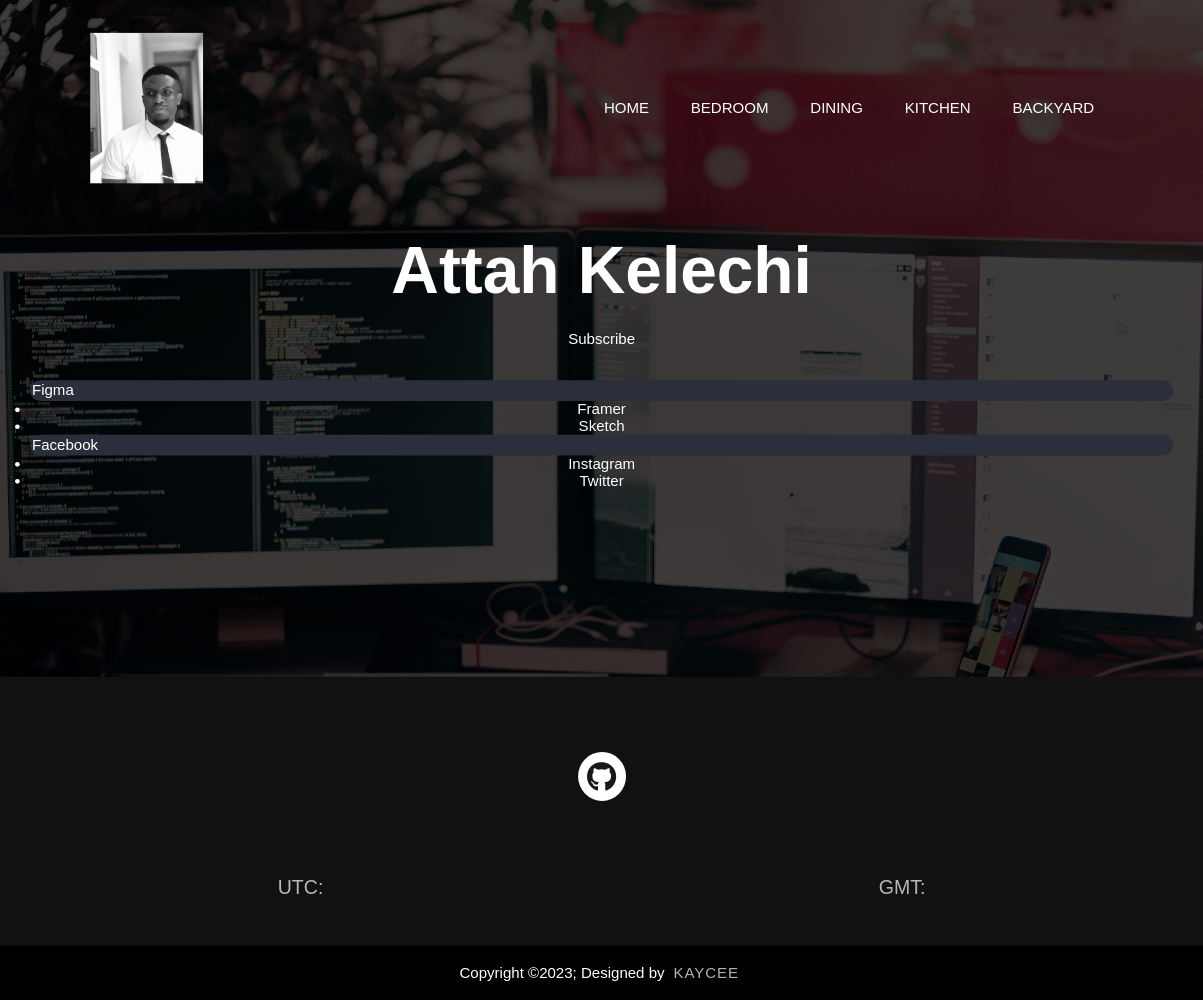
Repository: Kaycee-attah/HNG-Internship_2023
Page: index.html
An editor plug-in stored every save of this project. The page is shown before and after the next save, followed by the edit.
The browser window is 1280 px wide. The pictures show the whole page, at 94% of full size.

Above is the page before, as saved 2023-09-07 03:51:41.

After the next save:
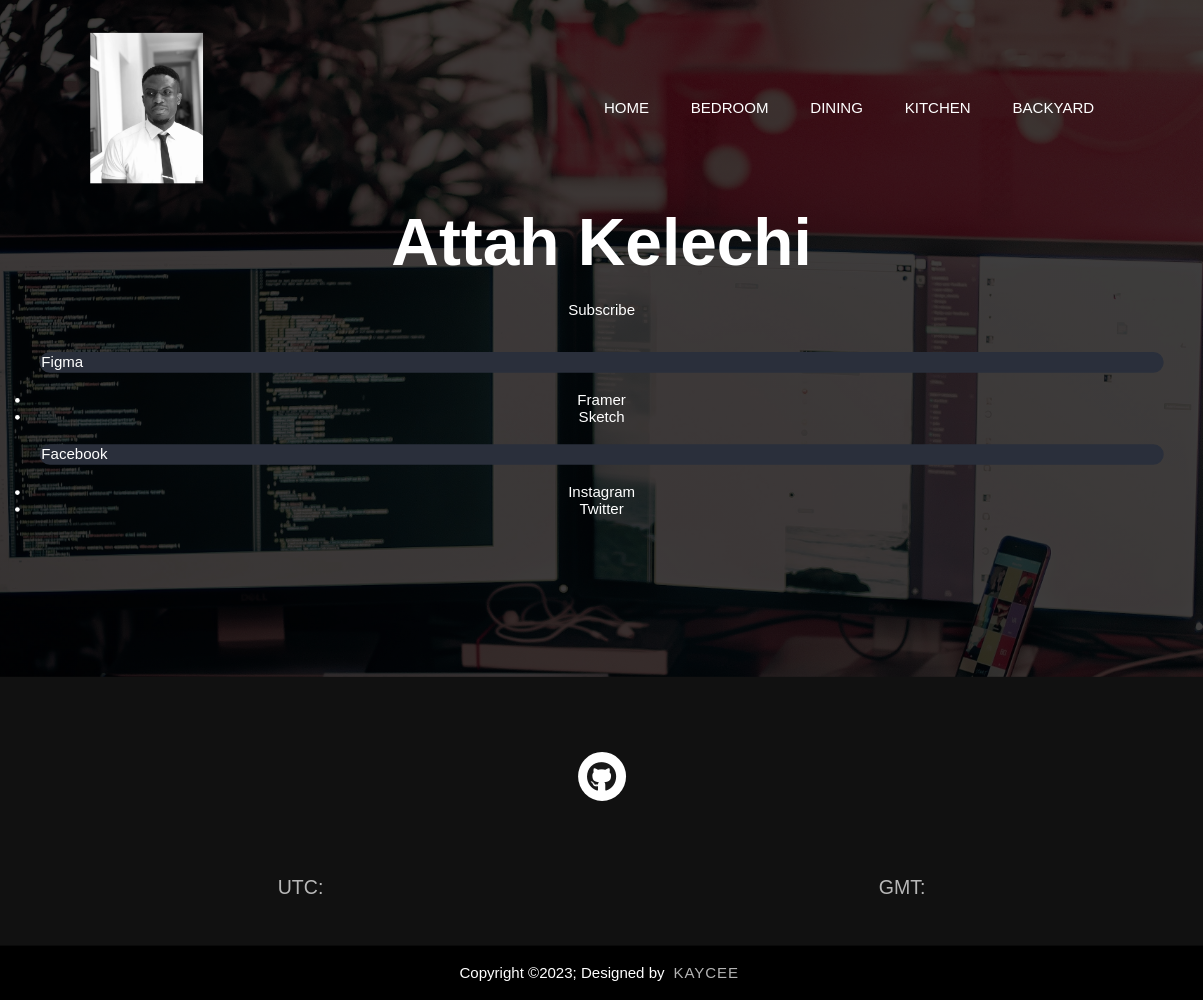
Saved 103 s later.
--- a/style.css
+++ b/style.css
@@ -84,8 +84,10 @@
     display: flex;
     justify-content: space-between;
     align-items: center;
+    margin: 20px 10px;
+    border-radius: 25px;
     border: 2px #2a2f3b solid;
-    border-radius: 1em;
+    /* border-radius: 1em; */
     cursor: pointer;
     transition: background 0.3s;
 }

After the save that followed:
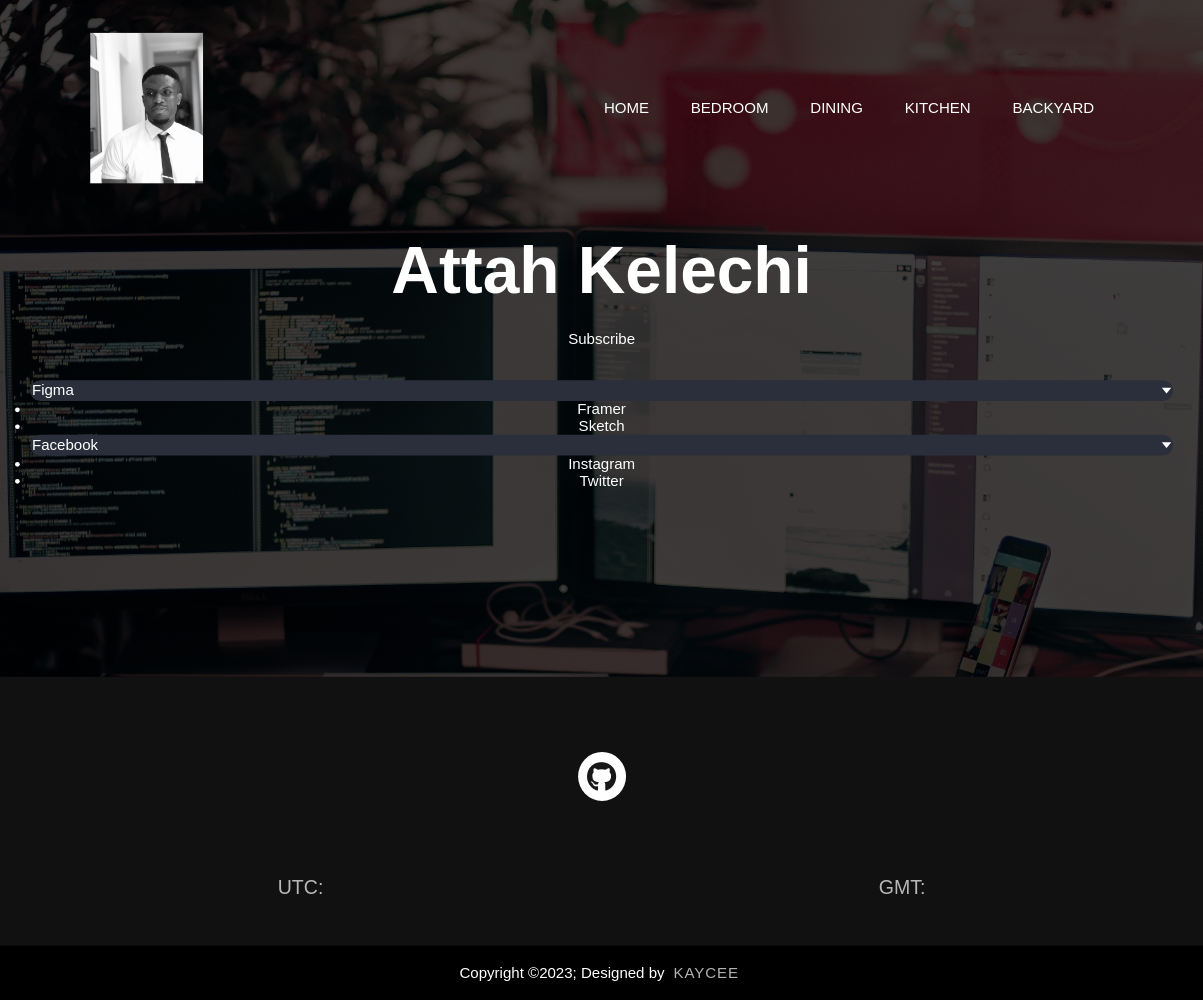
Saved 8 min 17 s later.
--- a/style.css
+++ b/style.css
@@ -84,13 +84,29 @@
     display: flex;
     justify-content: space-between;
     align-items: center;
-    margin: 20px 10px;
-    border-radius: 25px;
     border: 2px #2a2f3b solid;
-    /* border-radius: 1em; */
+    border-radius: 1em;
     cursor: pointer;
     transition: background 0.3s;
 }
+.select-clicked{
+    border: 2px #26489a solid;
+    box-shadow: 0 0 0.8em #26489a;
+}
+
+.select:hover{
+    background: #323741;
+}
+
+.caret{
+    width: 0;
+    height: 0;
+    border-left: 5px solid transparent;
+    border-right: 5px solid transparent;
+    border-top: 6px solid #fff;
+    transition: 0.3s;
+}
+
 button{
     width: 200px;
     padding: 15px 0;
